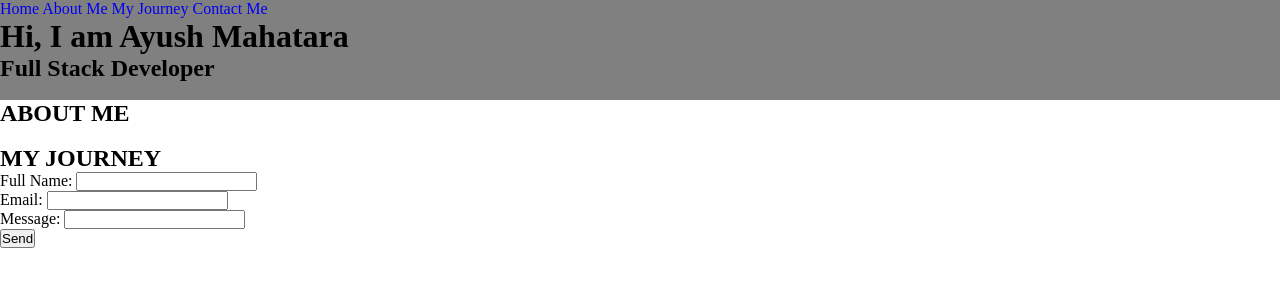
Repository: AyushMahatara/personal-website
Page: New folder/index.html
These files come from the project's save history. The page is drawn as it stood at one moment and after the next save; the edit follows.
The browser window is 1280 px wide. The pictures show the whole page.

Above is the page before, as saved 2023-07-19 22:30:06.

### New folder/index.html
<!DOCTYPE html>
<html lang="en">
  <head>
    <meta charset="UTF-8" />
    <meta name="viewport" content="width=device-width, initial-scale=1.0" />
    <title>GA</title>
  </head>

  <style>
    * {
      margin: 0;
      padding: 0;
      text-decoration: none;
    }
    .first {
      background-color: gray;
    }
  </style>
  <body>
    <div>
      <div class="first">
        <div></div>
        <div>
          <nav>
            <a href="#">Home</a>
            <a href="#">About Me</a>
            <a href="#">My Journey</a>
            <a href="#">Contact Me</a>
            <!-- <a href="#">Home</a> -->
          </nav>
        </div>
        <div>
          <h1>Hi, I am Ayush Mahatara</h1>
          <h2>Full Stack Developer</h2>
          <img src="" alt="" />
        </div>
      </div>
      <div class="second">
        <h2>ABOUT ME</h2>
        <div class="profilePic">
          <img src="" alt="" />
        </div>
        <div class="aboutMe"></div>
      </div>

      <div class="third">
        <h2>MY JOURNEY</h2>
        <div class="experience"></div>
      </div>

      <div class="contactMe">
        <div>
          <form action="">
            <div>
              <label for="">Full Name:</label>
              <input type="text" />
            </div>
            <div>
              <label for="">Email:</label>
              <input type="email" required />
            </div>
            <div>
              <label for="">Message:</label>
              <input type="textarea" />
              <div>
                <button type="submit">Send</button>
              </div>
            </div>
          </form>
        </div>
      </div>
    </div>

    <footer>
      <div>
        <div>
          <a href=""></a>
          <a href=""></a>
        </div>
      </div>
    </footer>
  </body>
</html>

After the next save:
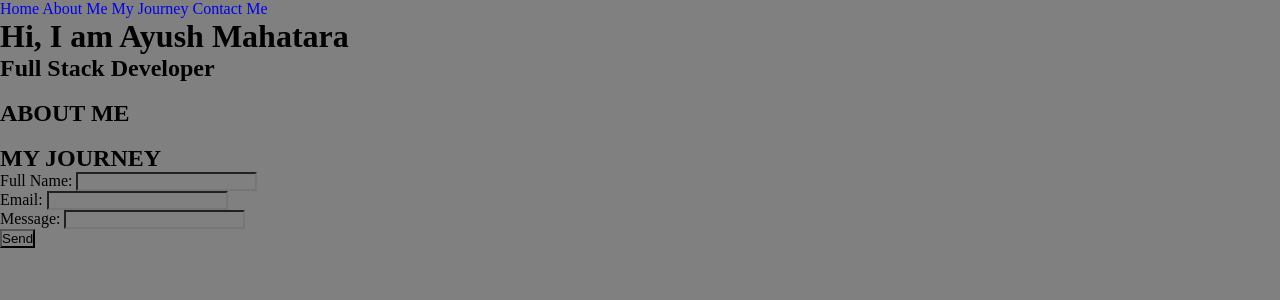
Saved 10 s later.
--- a/New folder/index.html
+++ b/New folder/index.html
@@ -11,9 +11,9 @@
       margin: 0;
       padding: 0;
       text-decoration: none;
+      background-color: gray;
     }
     .first {
-      background-color: gray;
     }
   </style>
   <body>
